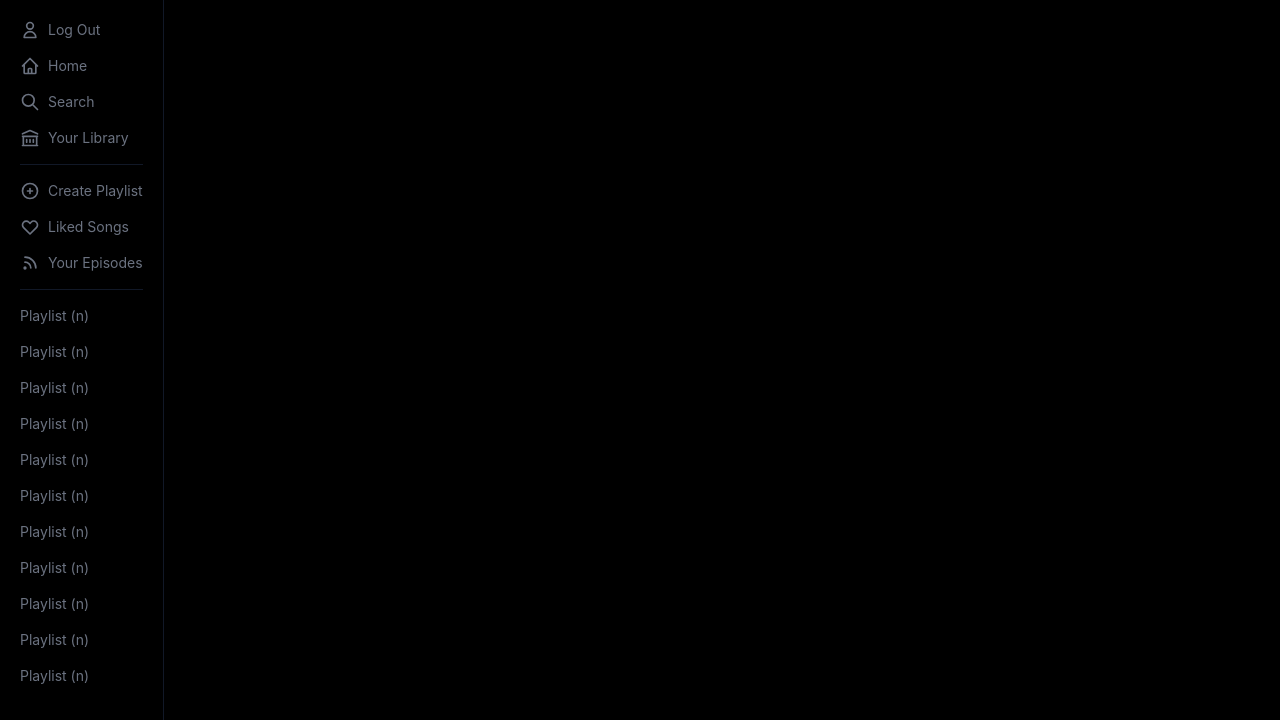
Repository: Delos-343/Spotify-2.0
Page: /
These files come from the project's save history. The page is drawn as it stood at one moment and after the next save; the edit follows.
The browser window is 1280 px wide. The pictures show the whole page.
The page's requests for data from a server got no answer. The project was rebuilt for these pictures with package versions that can differ from the ones it lists, and the page was loaded fresh each time. The framework's server and built-in components were replaced by stand-ins that run in the browser. No one was signed in, and anything a server would have sent is missing. Also part of the build but not shown: next.config.js.

Above is the page before, as saved 2022-04-11 20:18:50.

### pages/_app.js
import '../styles/globals.css'
import { SessionProvider } from 'next-auth/react'

function MyApp({ Component, pageProps: {session, ...pageProps} }) {
  return (
    <SessionProvider session={session}>
      <Component {...pageProps} />
    </SessionProvider>
  )
}

export default MyApp

### pages/index.js
import Head from 'next/head'
import Center from '../components/Center'
import Sidebar from '../components/Sidebar'

export default function Home() {
  return (
    <div className='bg-black h-screen overflow-hidden'>
      <Head>
        <title>Spotify 2.0 (Clone)</title>
        <meta name="description" content="Generated by create next app" />
        <link rel="icon" href="/favicon.ico" />
      </Head>

      <main className='flex'>
        <Sidebar />
        <Center />
      </main>

      <div> {/*   Player    */} </div>
    </div>
  )
}

### components/Center.jsx
import React from 'react'

function Center() {
  return (
    <div className='flex flex-grow'>
        <h1> Center.section(img, dashboard) </h1>
    </div>
  )
}

export default Center

### components/Sidebar.jsx
import React from 'react'
import { UserIcon, HomeIcon, SearchIcon, LibraryIcon, PlusCircleIcon, HeartIcon, RssIcon } from '@heroicons/react/outline'
import { signOut, useSession } from 'next-auth/react'

function Sidebar() {

    const { data: session, status } = useSession()

    console.log(session)

  return (
    <div className='text-gray-500 p-5 text-sm border-r border-gray-900 overflow-y-scroll h-screen'>
        <div className='space-y-4'>
        <button className='flex items-center space-x-2 hover:text-white' onClick={ () => signOut() }>
                <UserIcon className='h-5 w-5' />
                <p> Log Out </p>
            </button>
            <button className='flex items-center space-x-2 hover:text-white'>
                <HomeIcon className='h-5 w-5' />
                <p> Home </p>
            </button>
            <button className='flex items-center space-x-2 hover:text-white'>
                <SearchIcon className='h-5 w-5' />
                <p> Search </p>
            </button>
            <button className='flex items-center space-x-2 hover:text-white'>
                <LibraryIcon className='h-5 w-5' />
                <p> Your Library </p>
            </button>

            <hr className='border-t-[0.1px] border-gray-900' />

            <button className='flex items-center space-x-2 hover:text-white'>
                <PlusCircleIcon className='h-5 w-5' />
                <p> Create Playlist </p>
            </button>
            <button className='flex items-center space-x-2 hover:text-white'>
                <HeartIcon className='h-5 w-5' />
                <p> Liked Songs </p>
            </button>
            <button className='flex items-center space-x-2 hover:text-white'>
                <RssIcon className='h-5 w-5' />
                <p> Your Episodes </p>
            </button>

            <hr className='border-t-[0.1px] border-gray-900' />

            {/*     Playlist     */}
            <p className='cursor-pointer hover:text-white'> Playlist (n) </p>
            <p className='cursor-pointer hover:text-white'> Playlist (n) </p>
            <p className='cursor-pointer hover:text-white'> Playlist (n) </p>
            <p className='cursor-pointer hover:text-white'> Playlist (n) </p>
            <p className='cursor-pointer hover:text-white'> Playlist (n) </p>
            <p className='cursor-pointer hover:text-white'> Playlist (n) </p>
            <p className='cursor-pointer hover:text-white'> Playlist (n) </p>
            <p className='cursor-pointer hover:text-white'> Playlist (n) </p>
            <p className='cursor-pointer hover:text-white'> Playlist (n) </p>
            <p className='cursor-pointer hover:text-white'> Playlist (n) </p>
            <p className='cursor-pointer hover:text-white'> Playlist (n) </p>

        </div>
    </div>
  )
}

export default Sidebar

Loaded but not shown: styles/globals.css (common file); tailwind.config.js (common file)

After the next save:
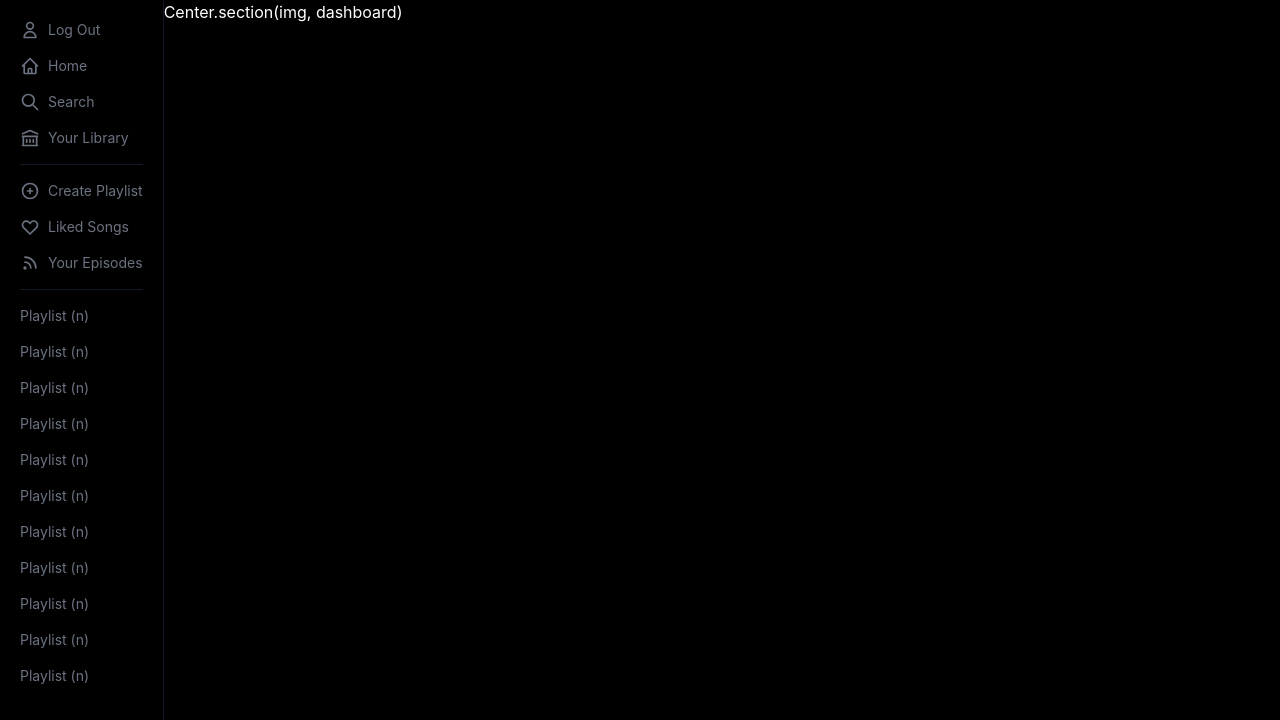
Saved 84 s later.
--- a/components/Center.jsx
+++ b/components/Center.jsx
@@ -2,7 +2,7 @@ import React from 'react'
 
 function Center() {
   return (
-    <div className='flex flex-grow'>
+    <div className='flex flex-grow text-white'>
         <h1> Center.section(img, dashboard) </h1>
     </div>
   )
